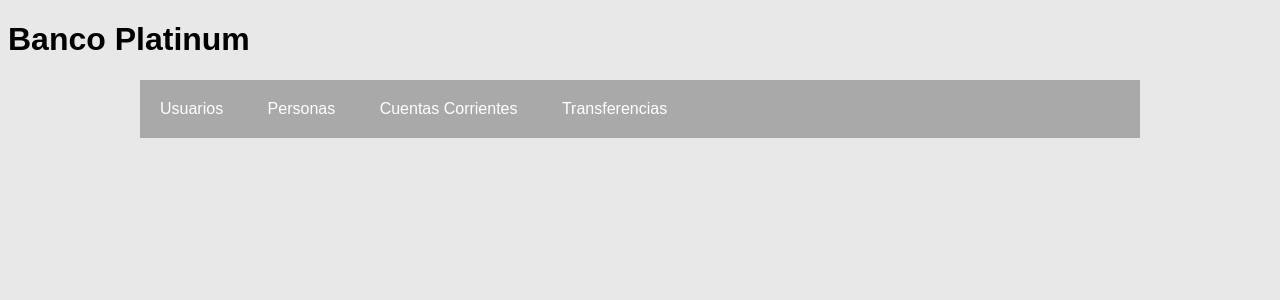
Repository: miguelalvarezcl/examen
Page: http://localhost/CtaCorriente/home.jsp
The author's editor kept a copy of each file at every save. The page is drawn from the files as they stood at one save, then again after the next save.
The browser window is 1280 px wide. The pictures show the whole page.
The page is served by Tomcat 9. Other server files are loaded and not shown.

Above is the page before, as saved 2021-11-12 22:32:53.

### CtaCorriente/WebContent/home.jsp
<%@ page language="java" contentType="text/html; charset=utf-8"
    pageEncoding="utf-8"%>
<!DOCTYPE html>
<html>
<head>
<meta charset="utf-8">
<title>:::... Banco Platinum ...:::</title>
</head>
<body>
	<div style="text-align: left">
		<h1>Banco Platinum</h1>
	</div>
		<ul class="menu">
			<li><a href="http://localhost:49670/CtaCorriente/">Usuarios</a></li>
			<li><a href="http://localhost:49670/CtaCorriente/listPersonabd">Personas</a></li>
			<li><a href="http://localhost:49670/CtaCorriente/listCuentabd">Cuentas Corrientes</a></li>
			<li><a href="http://localhost:49670/CtaCorriente/listTransferencia">Transferencias</a></li>

		</ul>

</body>
</html>
<style>
body{
	font-family: arial, helvetica;
	background: #e8e8e8;
}


.menu{
	list-style: none;
	padding: 0;
	background: #A9A9A9;
	width: 85%;
	max-width: 1000px;
	margin: auto;
}

.menu li a{
	text-decoration: none;
	color: white;
	padding: 20px;
	display: block;
}

.menu li{
	display: inline-block;
	text-align: center;
}

.menu li a:hover{
	background: #C0C0C0;
}


</style>

After the next save:
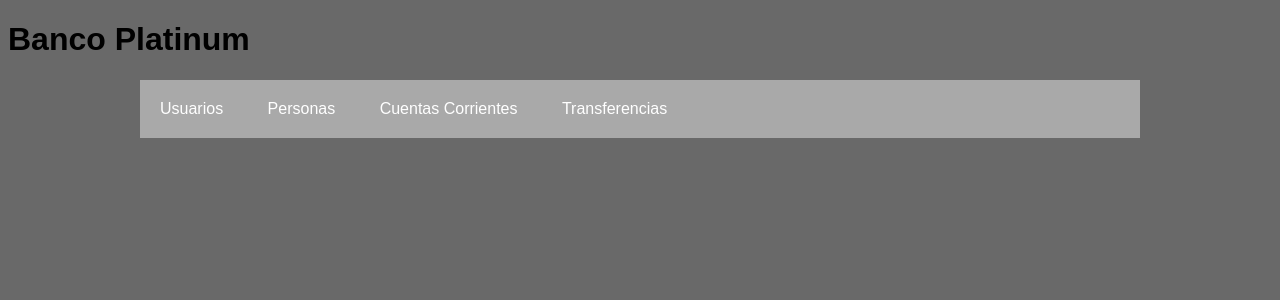
Saved 63 s later.
--- a/CtaCorriente/WebContent/home.jsp
+++ b/CtaCorriente/WebContent/home.jsp
@@ -23,7 +23,7 @@
 <style>
 body{
 	font-family: arial, helvetica;
-	background: #e8e8e8;
+	background: #696969;
 }
 
 
